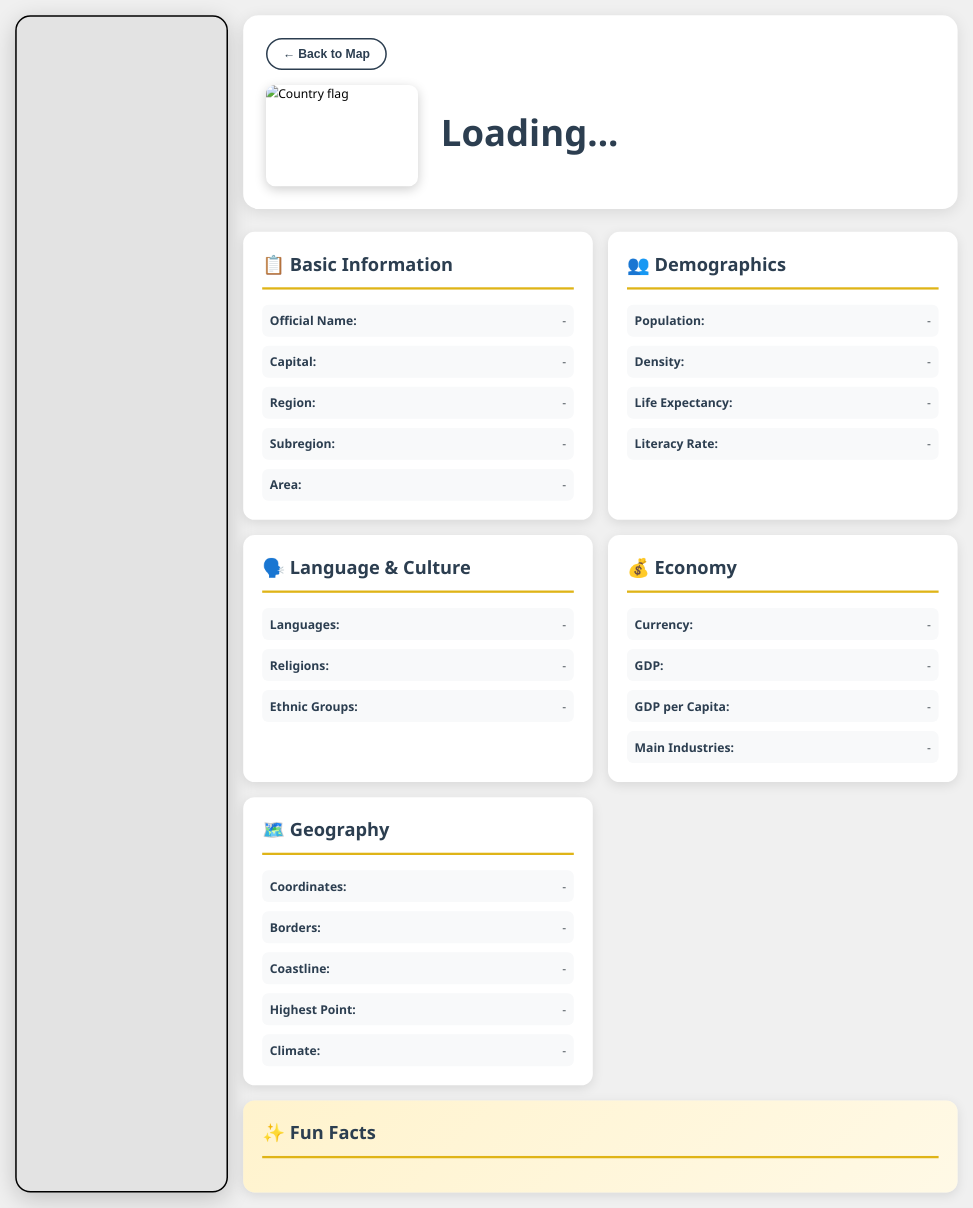
Repository: Amr-Ma7moud/FlagScape
Page: countryDetails.html
An editor plug-in stored every save of this project. The page is shown before and after the next save, followed by the edit.
The browser window is 1280 px wide. The pictures show the whole page, at 76% of full size.

Above is the page before, as saved 2025-12-01 22:37:09.
Console error: SyntaxError: Invalid left-hand side in assignment

### countryDetails.html
<!DOCTYPE html>
<html lang="en">
<head>
    <div id="head"></div>
    <link rel="stylesheet" href="css/index.css">
</head>
<body>
    <div id="header"></div>

    <main class="country-details-main">
        <nav class="side-bar" id="sideBar"></nav>

        <div class="country-details-container">
            <div class="details-header">
                <button id="back-btn" class="back-btn">← Back to Map</button>
                <div class="country-hero">
                    <img id="country-flag" src="" alt="Country flag" class="hero-flag">
                    <div class="hero-info">
                        <h1 id="country-name">Loading...</h1>
                        <p id="country-motto" class="country-motto"></p>
                    </div>
                </div>
            </div>

            <div class="details-grid">
                <!-- Basic Info Card -->
                <div class="info-card">
                    <h3>📋 Basic Information</h3>
                    <div class="info-list">
                        <div class="info-row">
                            <span class="info-label">Official Name:</span>
                            <span id="official-name" class="info-value">-</span>
                        </div>
                        <div class="info-row">
                            <span class="info-label">Capital:</span>
                            <span id="capital" class="info-value">-</span>
                        </div>
                        <div class="info-row">
                            <span class="info-label">Region:</span>
                            <span id="region" class="info-value">-</span>
                        </div>
                        <div class="info-row">
                            <span class="info-label">Subregion:</span>
                            <span id="subregion" class="info-value">-</span>
                        </div>
                        <div class="info-row">
                            <span class="info-label">Area:</span>
                            <span id="area" class="info-value">-</span>
                        </div>
                    </div>
                </div>

                <!-- Demographics Card -->
                <div class="info-card">
                    <h3>👥 Demographics</h3>
                    <div class="info-list">
                        <div class="info-row">
                            <span class="info-label">Population:</span>
                            <span id="population" class="info-value">-</span>
                        </div>
                        <div class="info-row">
                            <span class="info-label">Density:</span>
                            <span id="density" class="info-value">-</span>
                        </div>
                        <div class="info-row">
                            <span class="info-label">Life Expectancy:</span>
                            <span id="life-expectancy" class="info-value">-</span>
                        </div>
                        <div class="info-row">
                            <span class="info-label">Literacy Rate:</span>
                            <span id="literacy-rate" class="info-value">-</span>
                        </div>
                    </div>
                </div>

                <!-- Language & Culture Card -->
                <div class="info-card">
                    <h3>🗣️ Language & Culture</h3>
                    <div class="info-list">
                        <div class="info-row">
                            <span class="info-label">Languages:</span>
                            <span id="languages" class="info-value">-</span>
                        </div>
                        <div class="info-row">
                            <span class="info-label">Religions:</span>
                            <span id="religions" class="info-value">-</span>
                        </div>
                        <div class="info-row">
                            <span class="info-label">Ethnic Groups:</span>
                            <span id="ethnic-groups" class="info-value">-</span>
                        </div>
                    </div>
                </div>

                <!-- Economy Card -->
                <div class="info-card">
                    <h3>💰 Economy</h3>
                    <div class="info-list">
                        <div class="info-row">
                            <span class="info-label">Currency:</span>
                            <span id="currency" class="info-value">-</span>
                        </div>
                        <div class="info-row">
                            <span class="info-label">GDP:</span>
                            <span id="gdp" class="info-value">-</span>
                        </div>
                        <div class="info-row">
                            <span class="info-label">GDP per Capita:</span>
                            <span id="gdp-per-capita" class="info-value">-</span>
                        </div>
                        <div class="info-row">
                            <span class="info-label">Main Industries:</span>
                            <span id="industries" class="info-value">-</span>
                        </div>
                    </div>
                </div>

                <!-- Geography Card -->
                <div class="info-card">
                    <h3>🗺️ Geography</h3>
                    <div class="info-list">
                        <div class="info-row">
                            <span class="info-label">Coordinates:</span>
                            <span id="coordinates" class="info-value">-</span>
                        </div>
                        <div class="info-row">
                            <span class="info-label">Borders:</span>
                            <span id="borders" class="info-value">-</span>
                        </div>
                        <div class="info-row">
                            <span class="info-label">Coastline:</span>
                            <span id="coastline" class="info-value">-</span>
                        </div>
                        <div class="info-row">
                            <span class="info-label">Highest Point:</span>
                            <span id="highest-point" class="info-value">-</span>
                        </div>
                        <div class="info-row">
                            <span class="info-label">Climate:</span>
                            <span id="climate" class="info-value">-</span>
                        </div>
                    </div>
                </div>

                <!-- Fun Facts Card -->
                <div class="info-card fun-facts-card">
                    <h3>✨ Fun Facts</h3>
                    <div id="fun-facts" class="fun-facts-list">
                        <!-- Facts will be inserted here -->
                    </div>
                </div>
            </div>
        </div>
    </main>

    <div class="github-fab-container" id="fab"></div>
    <script src="js/countryDetails.js" type="module"></script>
</body>
</html>

### css/index.css

* {
    box-sizing: border-box;
}

body {
    padding: 0;
    margin: 0;
    display: flex;
    flex-direction: column;
    min-height: 100vh;
    background-color: #f0f0f0;
    font-family: 'Segoe UI', Tahoma, Geneva, Verdana, sans-serif;
}

main {
    display: flex;
    flex: 1;
    gap: 20px;
    padding: 20px;
    max-width: 1800px;
    width: 100%;
    margin: 0 auto;
}

header {
    padding: 20px 40px;
    position: sticky;
    top: 0;
    z-index: 100;
    background-color: black;
    color: whitesmoke;
    text-align: center;
    box-shadow: 0 4px 20px rgba(0, 0, 0, 0.3);
}

header h1 {
    margin: 0;
    font-size: 2.5em;
    font-weight: 700;
    letter-spacing: 2px;
}

.side-bar {
    flex: 0 0 280px;
    display: flex;
    flex-direction: column;
    overflow: auto;
    border: 2px solid black;
    background-color: #e3e3e3;
    color: black;
    padding: 25px 20px;
    border-radius: 20px;
    box-shadow: 0 8px 32px rgba(0, 0, 0, 0.2);
    transition: transform 0.3s ease;
}

.side-bar:hover {
    box-shadow: 0 12px 40px rgba(0, 0, 0, 0.3);
}

.side-bar p {
    margin: 8px 0 8px 15px;
    transition: all 0.3s ease;
}

.side-bar h3 {
    text-align: center;
    font-size: 1.6em;
    margin: 0 0 20px 0;
    color: black;
    font-weight: 700;
    text-transform: uppercase;
    letter-spacing: 1px;
}

.nav-item, nav > button {
    padding: 15px;
    margin: 5px 0;
    border: 2px solid black;
    border-radius: 12px;
    background-color: #c3c3c3;
    color: black;
    font-family: 'Segoe UI', Tahoma, Geneva, Verdana, sans-serif;
    box-shadow: 0 4px 15px rgba(0, 0, 0, 0.2);
    transition: all 0.3s ease;
}

/* World Map button styling */
.world-map-btn {
    width: 100%;
    font-size: 1.1em;
    font-weight: 700;
    cursor: pointer;
    background: linear-gradient(135deg, #d4d4d4 0%, #c3c3c3 100%);
    text-align: center;
    border: 2px solid black;
}

.world-map-btn:hover {
    background: linear-gradient(135deg, #dfb417 0%, #c99f12 100%);
    transform: scale(1.02);
    box-shadow: 0 6px 25px rgba(0, 0, 0, 0.3);
}

.world-map-btn:active {
    transform: scale(0.98);
}

/* Selected button state */
.world-map-btn.selected,
details button.selected {
    background: linear-gradient(135deg, #dfb417 0%, #c99f12 100%);
    border-color: #2c3e50;
    box-shadow: 0 6px 25px rgba(223, 180, 23, 0.4);
    font-weight: 700;
}

.world-map-btn.selected {
    transform: scale(1.02);
}

.nav-item:hover {
    /* transform: translateX(5px); */
    box-shadow: 0 10px 20px rgba(0, 0, 0, 0.3);
}

nav > button {
    width: 100%;
    margin-top: 10px;
    padding: 15px;
    font-size: 1em;
    font-weight: 600;
    cursor: pointer;
    background-color: #c3c3c3;
    box-shadow: 0 4px 15px rgba(0, 0, 0, 0.2);
}

nav > button:hover {
    background-color: #a1a1a1;
    transform: scale(1.05);
    box-shadow: 0 6px 25px rgba(0, 0, 0, 0.3);
}

nav > button:active {
    transform: scale(0.98);
}

details summary {
    font-size: 1.1em;
    font-weight: 700;
    cursor: pointer;
    user-select: none;
    list-style: none;
    display: flex;
    align-items: center;
    justify-content: space-between;
}

details summary::-webkit-details-marker {
    display: none;
}

details summary::after {
    content: '▼';
    font-size: 0.8em;
    transition: transform 0.3s ease;
}

details[open] summary::after {
    transform: rotate(-180deg);
}

nav p, nav a {
    text-decoration: none;
    color: black;
    font-weight: 600;
    display: block;
    font-size: 0.95em;
    cursor: pointer;
    transition: all 0.3s ease;
    padding: 8px 12px;
    border-radius: 8px;
}

/* Make continent and game items more interactive */
details button {
    cursor: pointer;
    user-select: none;
    margin: 8px 0 8px 15px;
    transition: all 0.3s ease;
    text-decoration: none;
    color: black;
    font-weight: 600;
    display: block;
    font-size: 0.95em;
    padding: 8px 12px;
    border-radius: 8px;
    background: none;
    border: none;
    text-align: left;
    width: calc(100% - 15px);
    font-family: 'Segoe UI', Tahoma, Geneva, Verdana, sans-serif;
}

nav > button > a {
    color: black;
}

.github-fab span {
    display: inline !important;
}

.nav-item > p:hover {
    background: rgba(255, 255, 255, 0.2);
    transform: translateX(8px);
    padding-left: 20px;
}

.nav-item > button:hover {
    background: rgba(255, 255, 255, 0.2);
    transform: translateX(8px);
    padding-left: 20px;
}

.map-container {
    flex: 1;
    padding: 30px;
    border: 3px solid #2c3e50;
    border-radius: 20px;
    background-color: #f8f9fa;
    box-shadow: 0 8px 32px rgba(0, 0, 0, 0.2);
    transition: transform 0.3s ease;
    display: flex;
    flex-direction: column;
    min-height: 0;
}

.map-container:hover {
    box-shadow: 0 12px 40px rgba(0, 0, 0, 0.3);
}

.map-container legend {
    padding: 10px 25px;
    font-size: 1.8em;
    font-weight: 700;
    color: #2c3e50;
    font-family: 'Segoe UI', Tahoma, Geneva, Verdana, sans-serif;
    text-transform: uppercase;
    letter-spacing: 1.5px;
}

.map-container iframe {
    width: 100%;
    height: 600px;
    display: block;
    border: none;
    border-radius: 15px;
    box-shadow: 0 4px 15px rgba(0, 0, 0, 0.1);
}

#map-container {
    border-radius: 15px;
    overflow: hidden;
    flex: 1;
    display: flex;
    align-items: center;
    justify-content: center;
}

#map-container svg {
    width: 100%;
    height: 100%;
    object-fit: contain;
}

#map-container path {
    fill: #c3c3c3;
    stroke: #2c3e50;
    stroke-width: 1;
    transition: all 0.3s ease;
}

#map-container path:hover {
    fill: #dfb417;
    cursor: crosshair;
    stroke: #2c3e50;
    stroke-width: 1.5;
}

footer {
    clear: both;
    background-color: aqua;
    padding: 30px;
    color: black;
    text-align: center;
    box-shadow: 0 -4px 20px rgba(0, 0, 0, 0.2);
}

/* Floating GitHub Buttons */
.github-fab-container {
    position: fixed;
    bottom: 30px;
    right: 30px;
    display: flex;
    flex-direction: column;
    gap: 15px;
    z-index: 1000;
}

.github-fab {
    display: flex;
    align-items: center;
    gap: 10px;
    padding: 12px 20px;
    background: linear-gradient(135deg, #24292e 0%, #1a1e22 100%);
    color: white;
    text-decoration: none;
    border-radius: 50px;
    box-shadow: 0 4px 20px rgba(0, 0, 0, 0.3);
    font-weight: 600;
    font-size: 0.95em;
    transition: all 0.3s ease;
    border: 2px solid transparent;
}

.github-fab:hover {
    background: linear-gradient(135deg, #2ea44f 0%, #238636 100%);
    border-color: #2ea44f;
    box-shadow: 0 6px 30px rgba(46, 164, 79, 0.5);
    transform: translateY(-3px) scale(1.05);
}

.github-fab:active {
    transform: translateY(-1px) scale(1.02);
}

.github-fab svg {
    flex-shrink: 0;
}

.github-fab span {
    white-space: nowrap;
}

/* Custom Scrollbar */
.side-bar::-webkit-scrollbar {
    width: 8px;
}

.side-bar::-webkit-scrollbar-track {
    background: rgba(0, 0, 0, 0.1);
    border-radius: 10px;
}

.side-bar::-webkit-scrollbar-thumb {
    background: #c3c3c3;
    border-radius: 10px;
}

.side-bar::-webkit-scrollbar-thumb:hover {
    background: #a1a1a1;
}

/* Country Modal Styles */
.modal {
    position: fixed;
    top: 0;
    left: 0;
    width: 100%;
    height: 100%;
    z-index: 2000;
    display: flex;
    align-items: center;
    justify-content: center;
    opacity: 0;
    pointer-events: none;
    transition: opacity 0.3s ease;
}

.modal.modal-active {
    opacity: 1;
    pointer-events: all;
}

.modal-overlay {
    position: absolute;
    top: 0;
    left: 0;
    width: 100%;
    height: 100%;
    background: rgba(0, 0, 0, 0.7);
    backdrop-filter: blur(5px);
}

.modal-content {
    position: relative;
    background: white;
    border-radius: 20px;
    max-width: 600px;
    width: 90%;
    max-height: 90vh;
    overflow-y: auto;
    box-shadow: 0 20px 60px rgba(0, 0, 0, 0.3);
    transform: scale(0.9);
    transition: transform 0.3s ease;
    z-index: 1;
}

.modal.modal-active .modal-content {
    transform: scale(1);
}

.modal-close {
    position: absolute;
    top: 15px;
    right: 15px;
    background: rgba(0, 0, 0, 0.1);
    border: none;
    width: 40px;
    height: 40px;
    border-radius: 50%;
    font-size: 28px;
    line-height: 1;
    cursor: pointer;
    color: #2c3e50;
    transition: all 0.3s ease;
    z-index: 2;
}

.modal-close:hover {
    background: rgba(0, 0, 0, 0.2);
    transform: rotate(90deg);
}

.modal-body {
    padding: 40px 30px 30px;
}

.country-flag-container {
    width: 100%;
    height: 200px;
    display: flex;
    align-items: center;
    justify-content: center;
    margin-bottom: 25px;
    background: linear-gradient(135deg, #f5f7fa 0%, #c3cfe2 100%);
    border-radius: 15px;
    padding: 20px;
}

.country-flag {
    max-width: 100%;
    max-height: 100%;
    object-fit: contain;
    border-radius: 8px;
    box-shadow: 0 4px 15px rgba(0, 0, 0, 0.2);
}

.country-name {
    text-align: center;
    font-size: 2.2em;
    font-weight: 700;
    color: #2c3e50;
    margin: 0 0 30px 0;
    font-family: 'Segoe UI', Tahoma, Geneva, Verdana, sans-serif;
}

.country-details {
    display: flex;
    flex-direction: column;
    gap: 15px;
    margin-bottom: 30px;
}

.detail-item {
    display: flex;
    padding: 12px 15px;
    background: #f8f9fa;
    border-radius: 10px;
    border-left: 4px solid #dfb417;
    transition: all 0.3s ease;
}

.detail-item:hover {
    background: #e9ecef;
    transform: translateX(5px);
}

.detail-label {
    font-weight: 700;
    color: #2c3e50;
    min-width: 140px;
    font-size: 1em;
}

.detail-value {
    color: #495057;
    font-size: 1em;
    flex: 1;
}

.modal-actions {
    display: flex;
    justify-content: center;
    padding-top: 10px;
}

.quiz-btn {
    background: linear-gradient(135deg, #dfb417 0%, #c99f12 100%);
    color: white;
    border: none;
    padding: 15px 40px;
    font-size: 1.1em;
    font-weight: 700;
    border-radius: 50px;
    cursor: pointer;
    transition: all 0.3s ease;
    box-shadow: 0 4px 15px rgba(223, 180, 23, 0.3);
    font-family: 'Segoe UI', Tahoma, Geneva, Verdana, sans-serif;
}

.quiz-btn:hover {
    background: linear-gradient(135deg, #f0c52e 0%, #dfb417 100%);
    transform: translateY(-2px);
    box-shadow: 0 6px 25px rgba(223, 180, 23, 0.4);
}

.quiz-btn:active {
    transform: translateY(0);
}

.details-btn {
    background: linear-gradient(135deg, #2c3e50 0%, #34495e 100%);
    color: white;
    border: none;
    padding: 15px 40px;
    font-size: 1.1em;
    font-weight: 700;
    border-radius: 50px;
    cursor: pointer;
    transition: all 0.3s ease;
    box-shadow: 0 4px 15px rgba(44, 62, 80, 0.3);
    font-family: 'Segoe UI', Tahoma, Geneva, Verdana, sans-serif;
}

.details-btn:hover {
    background: linear-gradient(135deg, #34495e 0%, #2c3e50 100%);
    transform: translateY(-2px);
    box-shadow: 0 6px 25px rgba(44, 62, 80, 0.4);
}

.details-btn:active {
    transform: translateY(0);
}

/* Country Details Page */
.country-details-main {
    display: flex;
    flex: 1;
    gap: 20px;
    padding: 20px;
    max-width: 1800px;
    width: 100%;
    margin: 0 auto;
}

.country-details-container {
    flex: 1;
    display: flex;
    flex-direction: column;
    gap: 30px;
}

.details-header {
    background: white;
    border-radius: 20px;
    padding: 30px;
    box-shadow: 0 4px 20px rgba(0, 0, 0, 0.1);
}

.back-btn {
    background: transparent;
    border: 2px solid #2c3e50;
    color: #2c3e50;
    padding: 10px 20px;
    border-radius: 25px;
    font-size: 1em;
    font-weight: 600;
    cursor: pointer;
    transition: all 0.3s ease;
    margin-bottom: 20px;
}

.back-btn:hover {
    background: #2c3e50;
    color: white;
}

.country-hero {
    display: flex;
    align-items: center;
    gap: 30px;
}

.hero-flag {
    width: 200px;
    height: 133px;
    object-fit: cover;
    border-radius: 12px;
    box-shadow: 0 4px 15px rgba(0, 0, 0, 0.2);
}

.hero-info h1 {
    font-size: 3em;
    color: #2c3e50;
    margin: 0 0 10px 0;
    font-weight: 700;
}

.country-motto {
    font-size: 1.2em;
    color: #666;
    font-style: italic;
    margin: 0;
}

.details-grid {
    display: grid;
    grid-template-columns: repeat(auto-fit, minmax(350px, 1fr));
    gap: 20px;
}

.info-card {
    background: white;
    border-radius: 15px;
    padding: 25px;
    box-shadow: 0 4px 15px rgba(0, 0, 0, 0.1);
    transition: transform 0.3s ease;
}

.info-card:hover {
    transform: translateY(-5px);
    box-shadow: 0 6px 25px rgba(0, 0, 0, 0.15);
}

.info-card h3 {
    font-size: 1.5em;
    color: #2c3e50;
    margin: 0 0 20px 0;
    padding-bottom: 15px;
    border-bottom: 3px solid #dfb417;
    font-weight: 700;
}

.info-list {
    display: flex;
    flex-direction: column;
    gap: 12px;
}

.info-row {
    display: flex;
    justify-content: space-between;
    align-items: flex-start;
    padding: 10px;
    background: #f8f9fa;
    border-radius: 8px;
    gap: 15px;
}

.info-label {
    font-weight: 700;
    color: #2c3e50;
    min-width: 140px;
}

.info-value {
    color: #495057;
    text-align: right;
    flex: 1;
}

.fun-facts-card {
    grid-column: 1 / -1;
    background: linear-gradient(135deg, #fff3cd 0%, #fff9e6 100%);
}

.fun-facts-list {
    display: flex;
    flex-direction: column;
    gap: 15px;
}

.fun-fact-item {
    display: flex;
    gap: 15px;
    align-items: flex-start;
    padding: 15px;
    background: white;
    border-radius: 10px;
    box-shadow: 0 2px 8px rgba(0, 0, 0, 0.05);
}

.fact-number {
    background: linear-gradient(135deg, #dfb417 0%, #c99f12 100%);
    color: white;
    font-weight: 700;
    width: 30px;
    height: 30px;
    border-radius: 50%;
    display: flex;
    align-items: center;
    justify-content: center;
    flex-shrink: 0;
}

.fact-text {
    color: #2c3e50;
    line-height: 1.6;
}

/* Responsive Design */
@media (max-width: 1024px) {
    main {
        flex-direction: column;
    }

    .side-bar {
        flex: 0 0 auto;
        width: 100%;
    }

    header h1 {
        font-size: 2em;
    }

    .country-details-main {
        flex-direction: column;
    }

    .details-grid {
        grid-template-columns: 1fr;
    }
}

@media (max-width: 768px) {
    header {
        padding: 15px 20px;
    }

    header h1 {
        font-size: 1.5em;
    }

    main {
        padding: 10px;
        gap: 10px;
    }

    .map-container {
        padding: 15px;
    }

    .map-container legend {
        font-size: 1.3em;
    }

    .github-fab-container {
        bottom: 15px;
        right: 15px;
    }

    .github-fab {
        padding: 10px 16px;
        font-size: 0.85em;
    }

    /* Modal responsive */
    .modal-content {
        width: 95%;
        max-height: 85vh;
    }

    .modal-body {
        padding: 30px 20px 20px;
    }

    .country-name {
        font-size: 1.8em;
    }

    .detail-label {
        min-width: 120px;
        font-size: 0.95em;
    }

    .quiz-btn, .details-btn {
        padding: 12px 30px;
        font-size: 1em;
    }

    /* Country details responsive */
    .country-hero {
        flex-direction: column;
        text-align: center;
    }

    .hero-flag {
        width: 100%;
        max-width: 300px;
        height: auto;
    }

    .hero-info h1 {
        font-size: 2em;
    }

    .details-grid {
        grid-template-columns: 1fr;
    }

    .info-row {
        flex-direction: column;
        align-items: flex-start;
    }

    .info-value {
        text-align: left;
    }
}

Loaded but not shown: js/countryDetails.js (153 lines, source omitted)

After the next save:
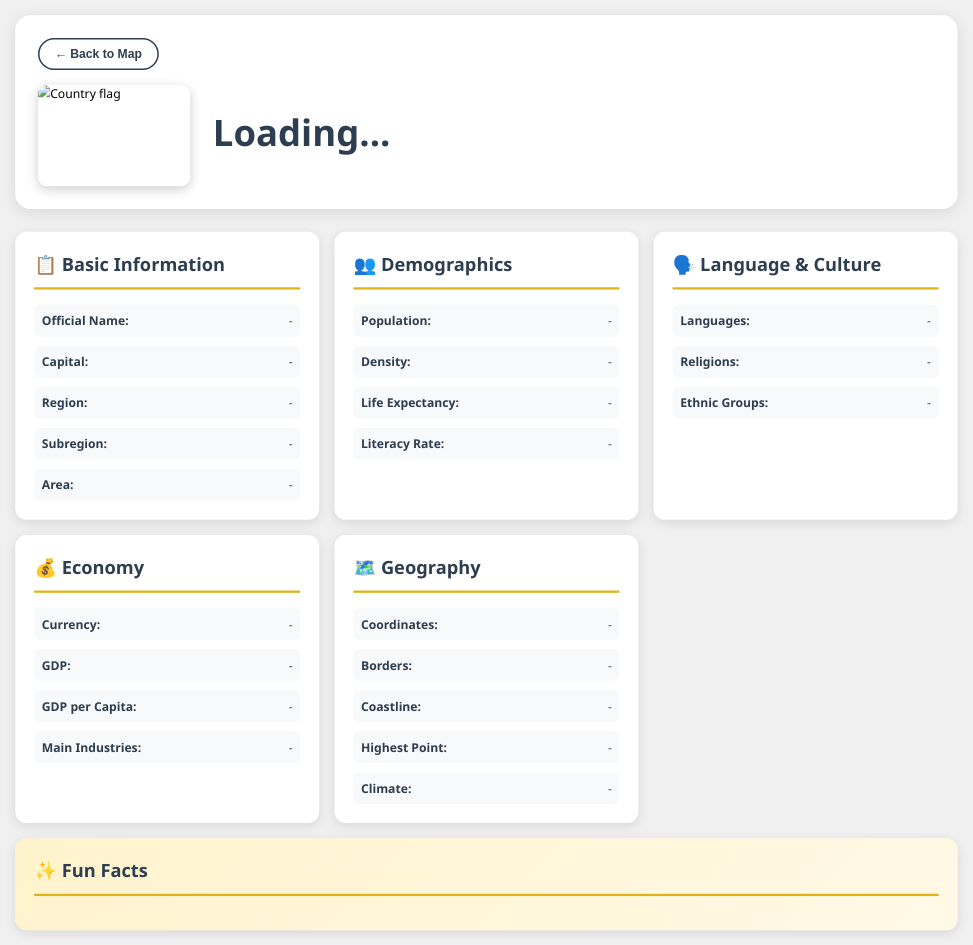
Saved 20 s later.
--- a/countryDetails.html
+++ b/countryDetails.html
@@ -8,7 +8,6 @@
     <div id="header"></div>
 
     <main class="country-details-main">
-        <nav class="side-bar" id="sideBar"></nav>
 
         <div class="country-details-container">
             <div class="details-header">
